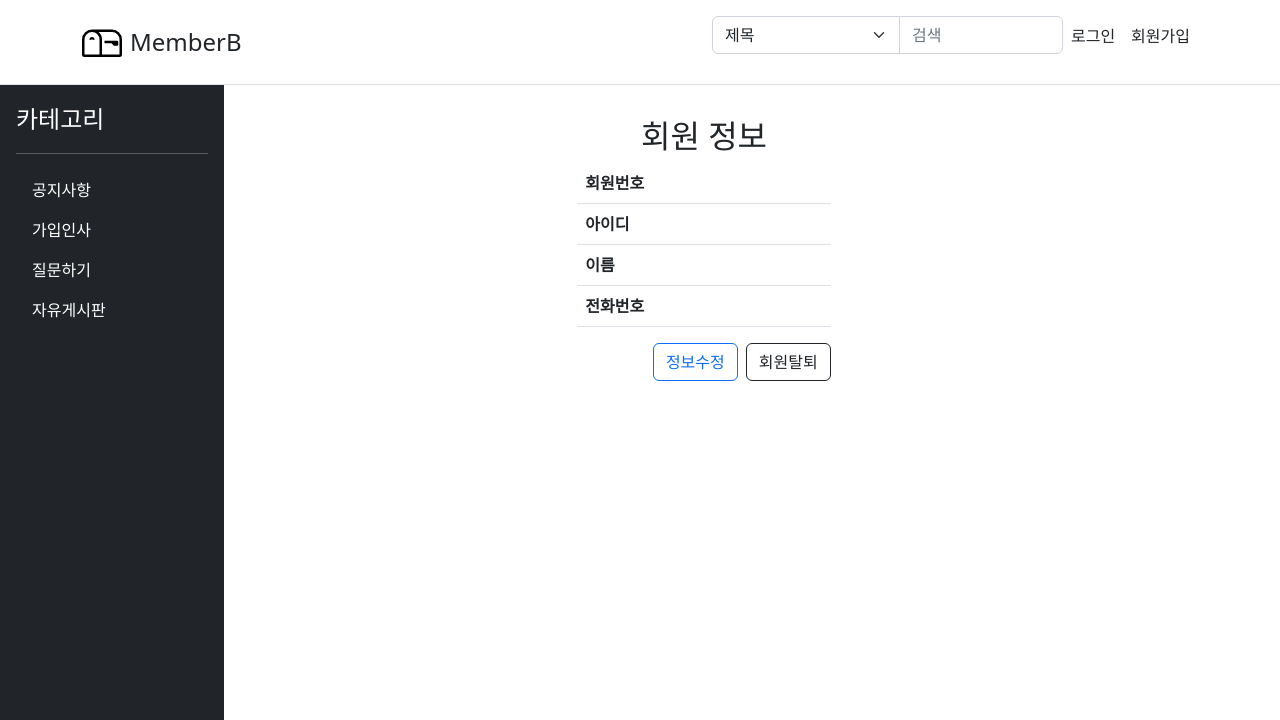
Repository: charmErin/board_220915
Page: http://localhost/board/WEB-INF/views/member/detail.jsp
The author's editor kept a copy of each file at every save. The page is drawn from the files as they stood at one save, then again after the next save.
The browser window is 1280 px wide. The pictures show the whole page.
The page is served by Tomcat 9. Nobody is signed in. Other server files are loaded and not shown. The template is opened directly, without the code that normally fills it, so the values that code supplies are empty.

Above is the page before, as saved 2022-09-16 02:32:48.
Console error: SyntaxError: Unexpected token ';'

### board/src/main/webapp/WEB-INF/views/member/detail.jsp
<%@ page language="java" contentType="text/html; charset=UTF-8"
    pageEncoding="UTF-8"%>
<%@ taglib uri="http://java.sun.com/jsp/jstl/core" prefix="c" %>
<!DOCTYPE html>
<html>
<head>
<meta charset="UTF-8">
<title>Insert title here</title>
<style>
	.body-content {
		margin-top: 2rem;
		margin-left: 15rem;
		padding-left: 3rem;
		padding-right: 10rem;
	}

	h2 {
		text-align: center;
		margin: 50px;
	}
</style>
</head>
<body>
	<%@include file ="../layout/header.jsp" %>
	<div class="body-content">
	<div class="container col-4">
		<h2>회원 정보</h2>
		<table class="table">
			<tr>
				<th scope="row">회원번호</th>
				<td>${member.id}</td>
			</tr>
			<tr>
				<th scope="row">아이디</th>
				<td>${member.loginId}</td>
			</tr>
			<tr>
				<th scope="row">이름</th>
				<td>${member.memberName}</td>
			</tr>
			<tr>
				<th scope="row">전화번호</th>
				<td>${member.memberMobile}</td>
			</tr>
		</table>
		<c:if test="${sessionScope.id == member.id}">
			<c:choose>
				<c:when test="${sessionScope.memberName == '관리자'}">
					<div class="d-grid gap-2 d-md-flex justify-content-md-end">
						<button type="button" class="btn btn-outline-dark" onclick="memberList()">회원목록</button>
					</div>
				</c:when>
				<c:otherwise>
					<div class="d-grid gap-2 d-md-flex justify-content-md-end">
				<button type="button" class="btn btn-outline-primary" onclick="memberUpdate()">정보수정</button>
				<button type="button" class="btn btn-outline-dark" onclick="memberDelete()">회원탈퇴</button>
			</div>
				</c:otherwise>
			</c:choose>
		</c:if>
	</div>
	</div>
</body>
<script>
	const memberUpdate = () => {
		location.href = "/member/update-form/" + ${sessionScope.id};
	}

	const memberDelete = () => {
		location.href = "/member/delete/" + ${sessionScope.id};
	}

	const memberList = () => {
		location.href = "/member/findAll";
	}
</script>
</html>

### board/src/main/webapp/WEB-INF/views/layout/header.jsp
<%@ page language="java" contentType="text/html; charset=UTF-8"
    pageEncoding="UTF-8"%>
<%@ taglib uri="http://java.sun.com/jsp/jstl/core" prefix="c" %>
<%@ taglib prefix="fmt" uri="http://java.sun.com/jsp/jstl/fmt" %>
<!DOCTYPE html>
<html>
<head>
<meta charset="UTF-8">
<link href="https://cdn.jsdelivr.net/npm/bootstrap@5.2.1/dist/css/bootstrap.min.css" rel="stylesheet" integrity="sha384-iYQeCzEYFbKjA/T2uDLTpkwGzCiq6soy8tYaI1GyVh/UjpbCx/TYkiZhlZB6+fzT" crossorigin="anonymous">
<title>Insert title here</title>
<style>
	header {
		postion: fixed !important;
	}
	.side-bar {
		width: 14rem;
		height: 100%;
		position: fixed;
		display: inline !important;
	}
</style>
</head>
<body>
	<header class="py-3 border-bottom header-fix">
		<div class="container d-flex flex-wrap justify-content-center">
			<a href="/" class="d-flex align-items-center mb-3 mb-lg-0 me-lg-auto text-dark text-decoration-none">
				<img src="../../../resources/svg/mailbox.svg" width="40" height="40">
				<span class="fs-4 m-2">
					MemberB
				</span>
			</a>
			<form class="col-md-auto" action="/board/search" method="get">
				<div class="input-group">
					<select class="form-select" name="searchType">
						<option value="boardTitle">제목</option>
						<option value="boardWriter">작성자</option>
						<option value="boardContetns">내용</option>
					</select>
					<input class="form-control col-2" type="text" name="q" placeholder="검색" aria-label="Search">
				</div>
			</form>
			<div>
				<c:choose>
					<c:when test="${sessionScope.id == null}">
						<ul class="nav">
							<li class="nav-item">
								<a href="/member/login-form" class="nav-link link-dark px-2">로그인</a>
							</li>
							<li class="nav-item">
								<a href="/member/save-form" class="nav-link link-dark px-2">회원가입</a>
							</li>
						</ul>
					</c:when>
					<c:otherwise>
						<ul class="nav">
							<li class="nav-item">
								<a href="/member/detail/${sessionScope.id}" class="nav-link link-dark px-2">${sessionScope.memberName}</a>
							</li>
							<c:if test="${sessionScope.loginId eq 'admin'}">
								<li class="nav-item">
									<a href="/member/findAll" class="nav-link link-dark px-2">회원목록</a>
								</li>
							</c:if>
							<li class="nav-item">
								<a href="/member/logout" class="nav-link link-dark px-2">로그아웃</a>
							</li>
						</ul>
					</c:otherwise>
				</c:choose>
			</div>
		</div>
	</header>
		<div class="d-flex flex-column flex-shrink-0 p-3 text-bg-dark side-bar">
			<span class="fs-4">카테고리</span>
			<hr>
			<ul class="nav nav-pills flex-column mb-auto">
				<li class="nav-item">
					<a href="/board/1" class="nav-link text-white">공지사항</a>
				</li>
				<li>
					<a href="/board/2" class="nav-link text-white">가입인사</a>
				</li>
				<li>
					<a href="/board/3" class="nav-link text-white">질문하기</a>
				</li>
				<li>
					<a href="/board/4" class="nav-link text-white">자유게시판</a>
				</li>
			</ul>
		</div>
</body>
</html>

### board/src/main/webapp/resources/svg/mailbox.svg
<svg xmlns="http://www.w3.org/2000/svg" width="16" height="16" fill="currentColor" class="bi bi-mailbox" viewBox="0 0 16 16">
  <path d="M4 4a3 3 0 0 0-3 3v6h6V7a3 3 0 0 0-3-3zm0-1h8a4 4 0 0 1 4 4v6a1 1 0 0 1-1 1H1a1 1 0 0 1-1-1V7a4 4 0 0 1 4-4zm2.646 1A3.99 3.99 0 0 1 8 7v6h7V7a3 3 0 0 0-3-3H6.646z"/>
  <path d="M11.793 8.5H9v-1h5a.5.5 0 0 1 .5.5v1a.5.5 0 0 1-.5.5h-1a.5.5 0 0 1-.354-.146l-.853-.854zM5 7c0 .552-.448 0-1 0s-1 .552-1 0a1 1 0 0 1 2 0z"/>
</svg>

After the next save:
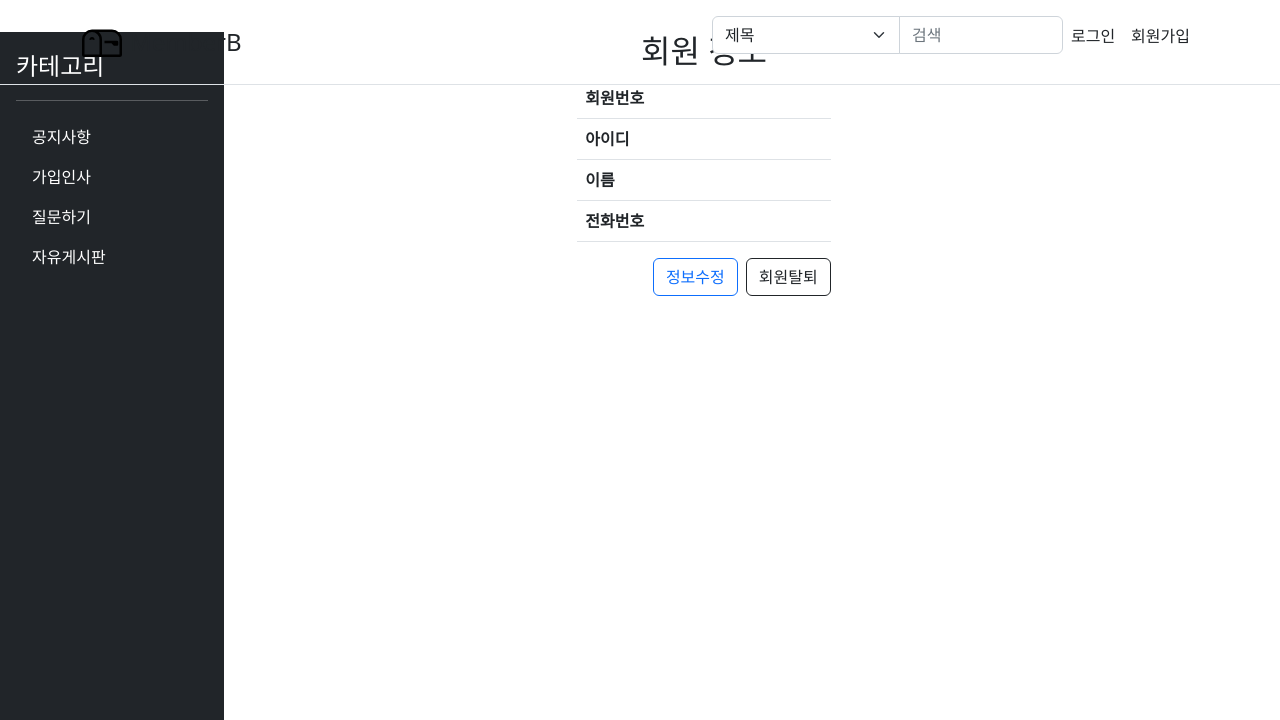
Saved 2 min 47 s later.
--- a/board/src/main/webapp/WEB-INF/views/layout/header.jsp
+++ b/board/src/main/webapp/WEB-INF/views/layout/header.jsp
@@ -21,7 +21,7 @@
 </style>
 </head>
 <body>
-	<header class="py-3 border-bottom header-fix">
+	<header class="py-3 border-bottom header-fix fixed-top">
 		<div class="container d-flex flex-wrap justify-content-center">
 			<a href="/" class="d-flex align-items-center mb-3 mb-lg-0 me-lg-auto text-dark text-decoration-none">
 				<img src="../../../resources/svg/mailbox.svg" width="40" height="40">
